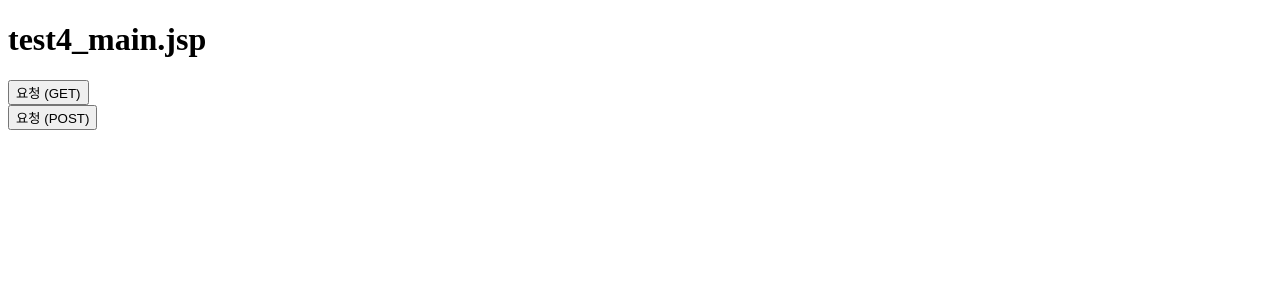
Repository: junesse-afk/ITJSP
Page: http://localhost/StudyJSP/jsp09_servlet/test4_main.jsp
These files come from the project's save history. The page is drawn as it stood at one moment and after the next save; the edit follows.
The browser window is 1280 px wide. The pictures show the whole page.
The page is served by Tomcat 10.

Above is the page before, as saved 2024-11-26 07:40:07.

After the next save:
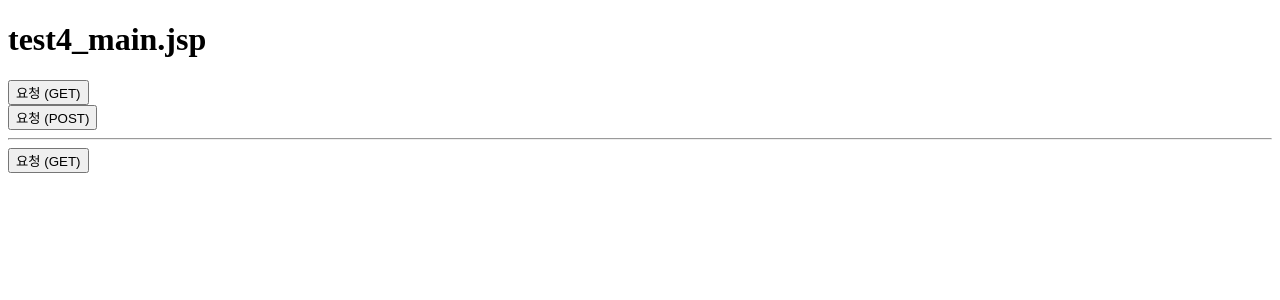
Saved 35 s later.
--- a/workspace_jsp/StudyJSP/src/main/webapp/jsp09_servlet/test4_main.jsp
+++ b/workspace_jsp/StudyJSP/src/main/webapp/jsp09_servlet/test4_main.jsp
@@ -15,7 +15,11 @@
 	<form action="qwer.test" method="post">
 		<input type="submit" value="요청 (POST)">
 	</form>
+	<hr>
 
+	<form action="asdasd.test" method="get">
+		<input type="submit" value="요청 (GET)">
+	</form>
 
 
 
